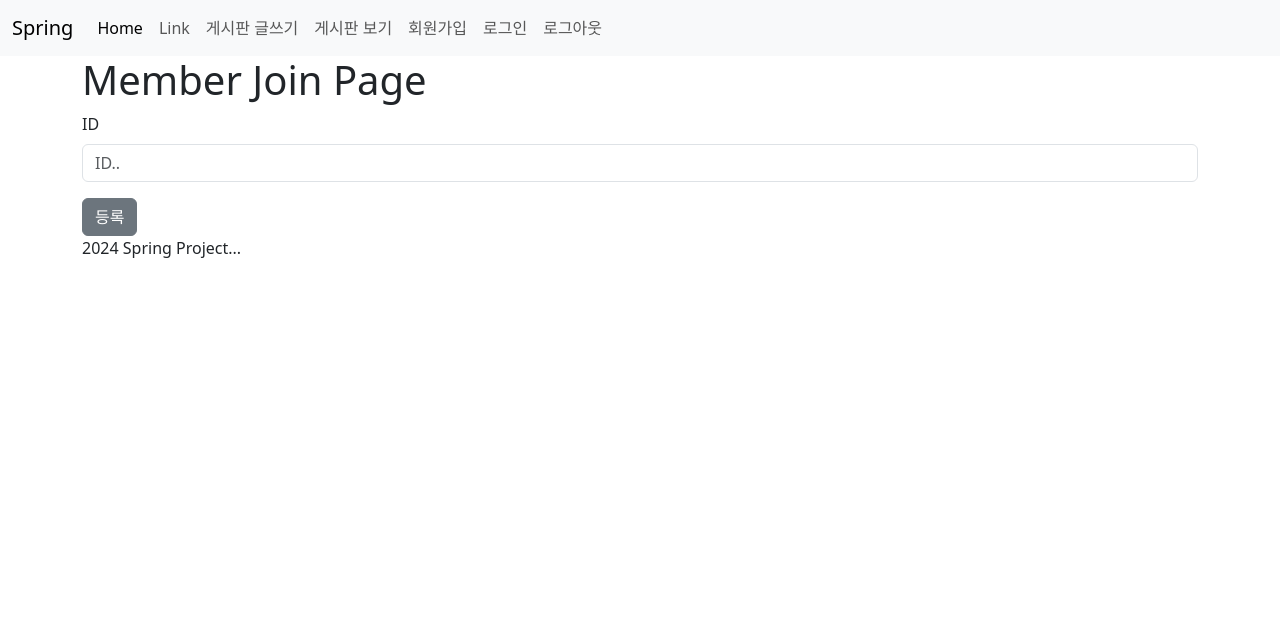
Repository: gajami-kim/240430_Spring_Study
Page: http://localhost/spring_study/WEB-INF/views/member/modify.jsp
The author's editor kept a copy of each file at every save. The page is drawn from the files as they stood at one save, then again after the next save.
The browser window is 1280 px wide. The pictures show the whole page.
The page is served by Tomcat 9. Nobody is signed in. The template is opened directly, without the code that normally fills it, so the values that code supplies are empty.

Above is the page before, as saved 2024-04-25 05:50:18.

After the next save:
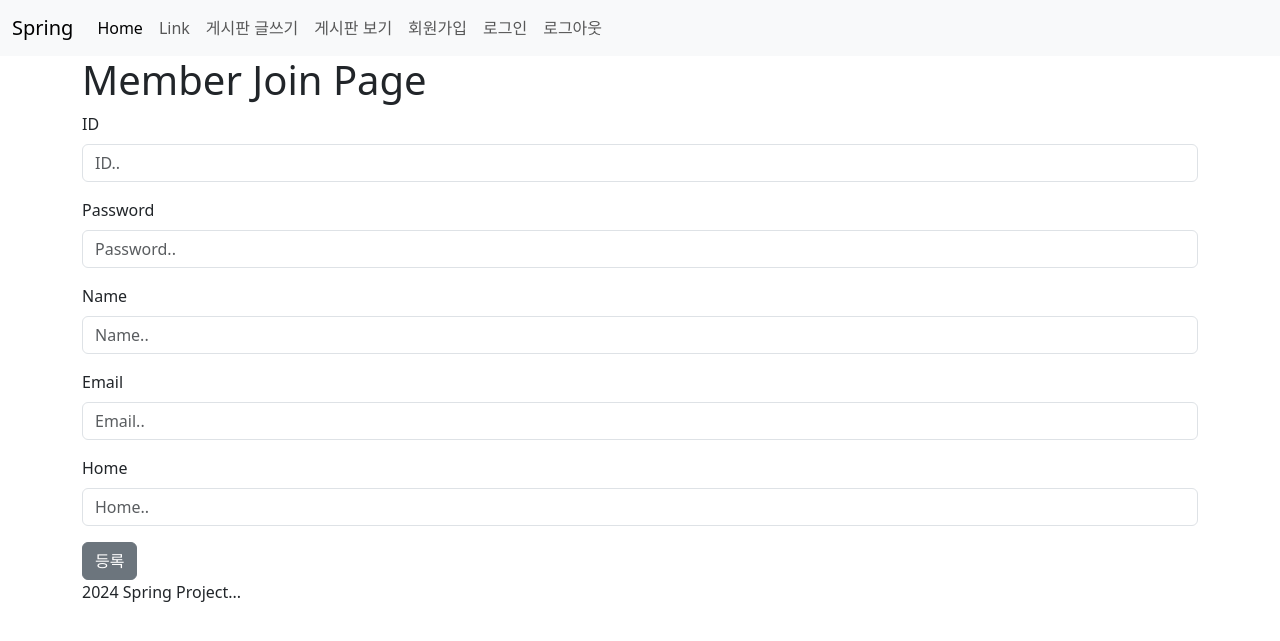
Saved 90 s later.
--- a/spring_study/src/main/webapp/WEB-INF/views/member/modify.jsp
+++ b/spring_study/src/main/webapp/WEB-INF/views/member/modify.jsp
@@ -9,6 +9,22 @@
 		  <label for="i" class="form-label">ID</label>
 		  <input type="text" class="form-control" name="id" id="i" placeholder="ID..">
 		</div>
+		<div class="mb-3">
+		  <label for="p" class="form-label">Password</label>
+		  <input type="text" class="form-control" name="pw" id="p" placeholder="Password..">
+		</div>
+		<div class="mb-3">
+		  <label for="n" class="form-label">Name</label>
+		  <input type="text" class="form-control" name="name" id="n" placeholder="Name..">
+		</div>
+		<div class="mb-3">
+		  <label for="e" class="form-label">Email</label>
+		  <input type="text" class="form-control" name="email" id="e" placeholder="Email..">
+		</div>
+		<div class="mb-3">
+		  <label for="h" class="form-label">Home</label>
+		  <input type="text" class="form-control" name="home" id="h" placeholder="Home..">
+		</div>
 		<button type="submit" class="btn btn-secondary">등록</button>
 	</form>
 </div>
